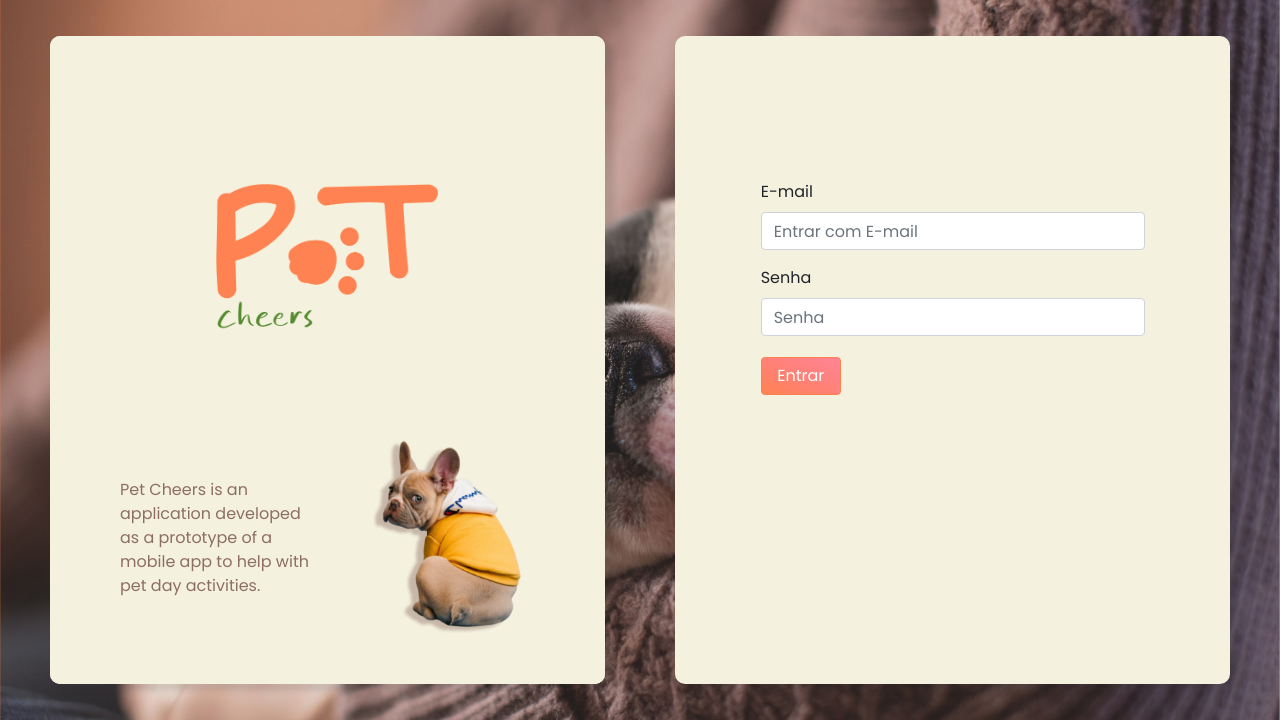
Repository: MilenaMelo/WebSite-PetCheers
Page: /
These files come from the project's save history. The page is drawn as it stood at one moment and after the next save; the edit follows.
The browser window is 1280 px wide. The pictures show the whole page.
The project was rebuilt for these pictures with package versions that can differ from the ones it lists, and the page was loaded fresh each time. Also part of the build but not shown: src/components/layout/LayoutLogout.vue, src/components/layout/LayoutDatas.vue, src/components/layout/LayoutNewData.vue. Imported but missing from the stored project, and not drawn on this page: src/pages/data/Data.vue.

Above is the page before, as saved 2020-09-08 15:36:59.
Console error: TypeError: Cannot read properties of null (reading 'style')

After the next save:
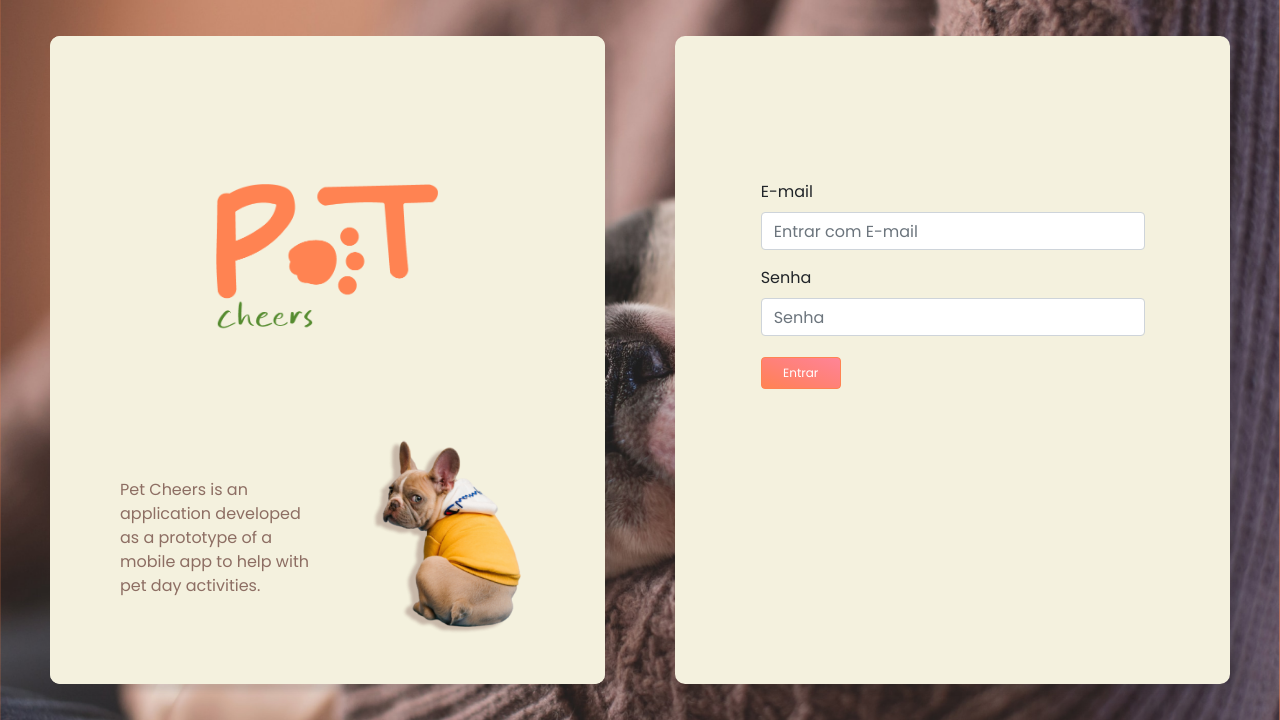
Saved 14 s later.
--- a/src/assets/scss/app.scss
+++ b/src/assets/scss/app.scss
@@ -13,7 +13,7 @@
   background-image: linear-gradient(to right top, #ff8352, #ff8165, #ff8177, #ff8287, #ff8597);
   border-color: $orange;
   background-color: $orange;
-  font-size: 12pt;
+  font-size: 12px;
   &:hover {
     background-color: $orange;
   }
